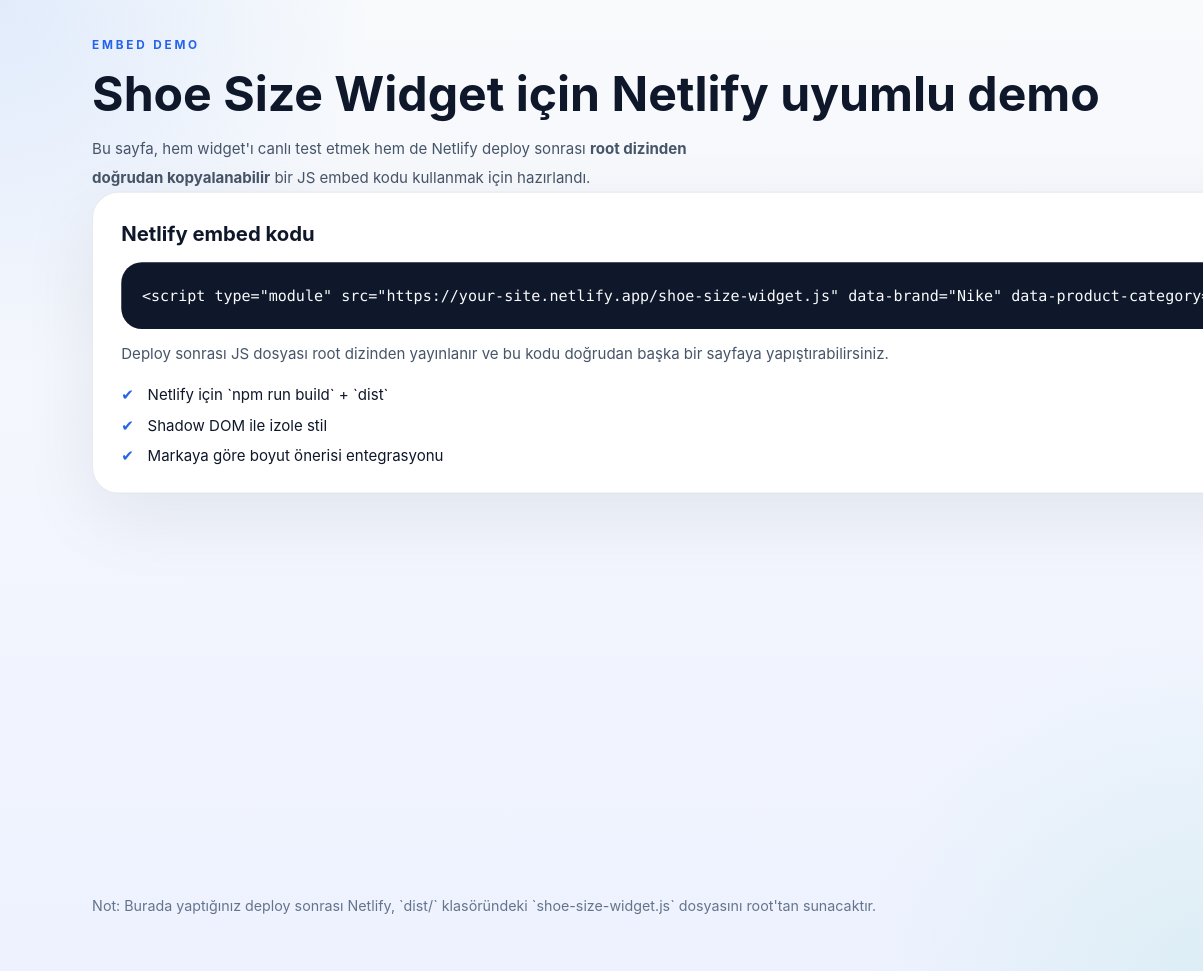
Repository: h-kod/sizeselect
Page: /
An editor plug-in stored every save of this project. The page is shown before and after the next save, followed by the edit.
The browser window is 1280 px wide. The pictures show the whole page, at 94% of full size.
The project was rebuilt for these pictures with package versions that can differ from the ones it lists, and the page was loaded fresh each time. Also part of the build but not shown: vite.config.ts.

Above is the page before, as saved 2026-06-07 05:11:55.

After the next save:
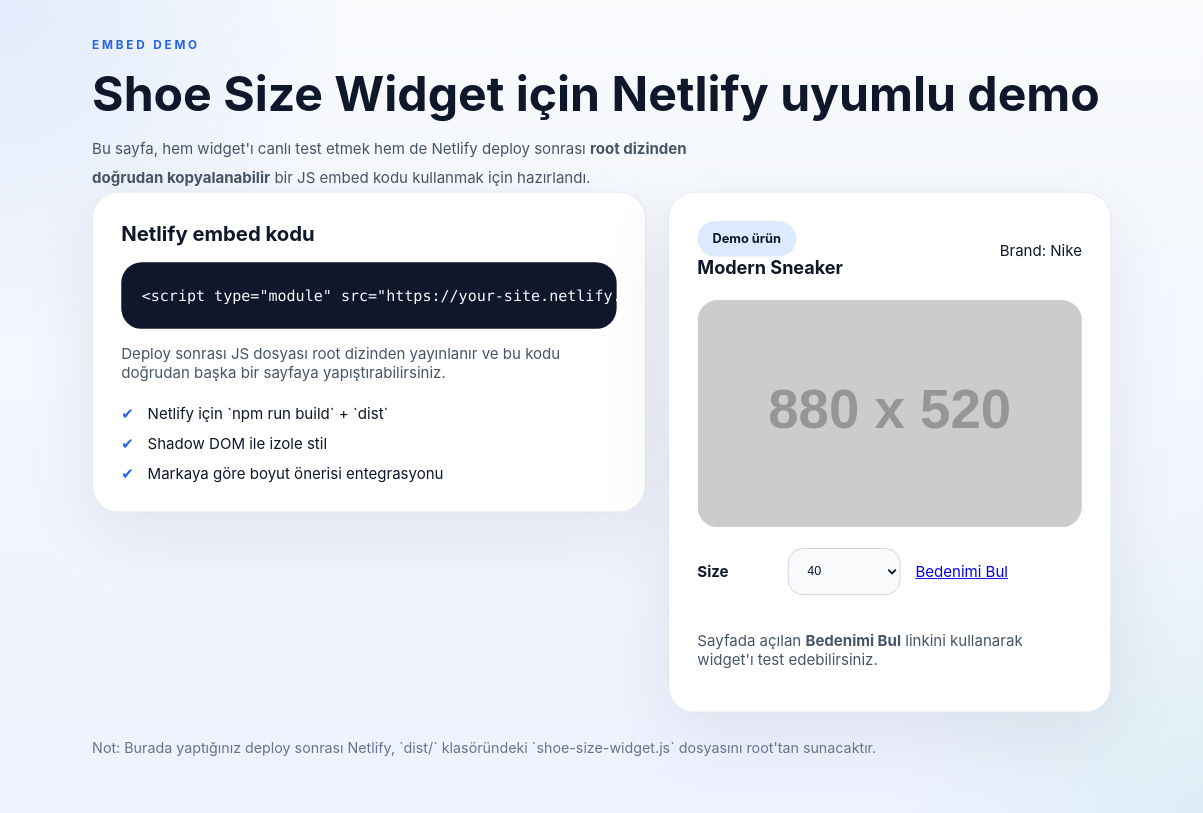
Saved 4 s later.
--- a/index.html
+++ b/index.html
@@ -60,6 +60,7 @@
       .grid-2 {
         display: grid;
         gap: 24px;
+        min-width: 0;
       }
       .card {
         background: #ffffff;
@@ -67,6 +68,7 @@
         border-radius: 28px;
         box-shadow: 0 24px 80px rgba(15, 23, 42, 0.08);
         padding: 30px;
+        min-width: 0;
       }
       .card h2 {
         margin-top: 0;
